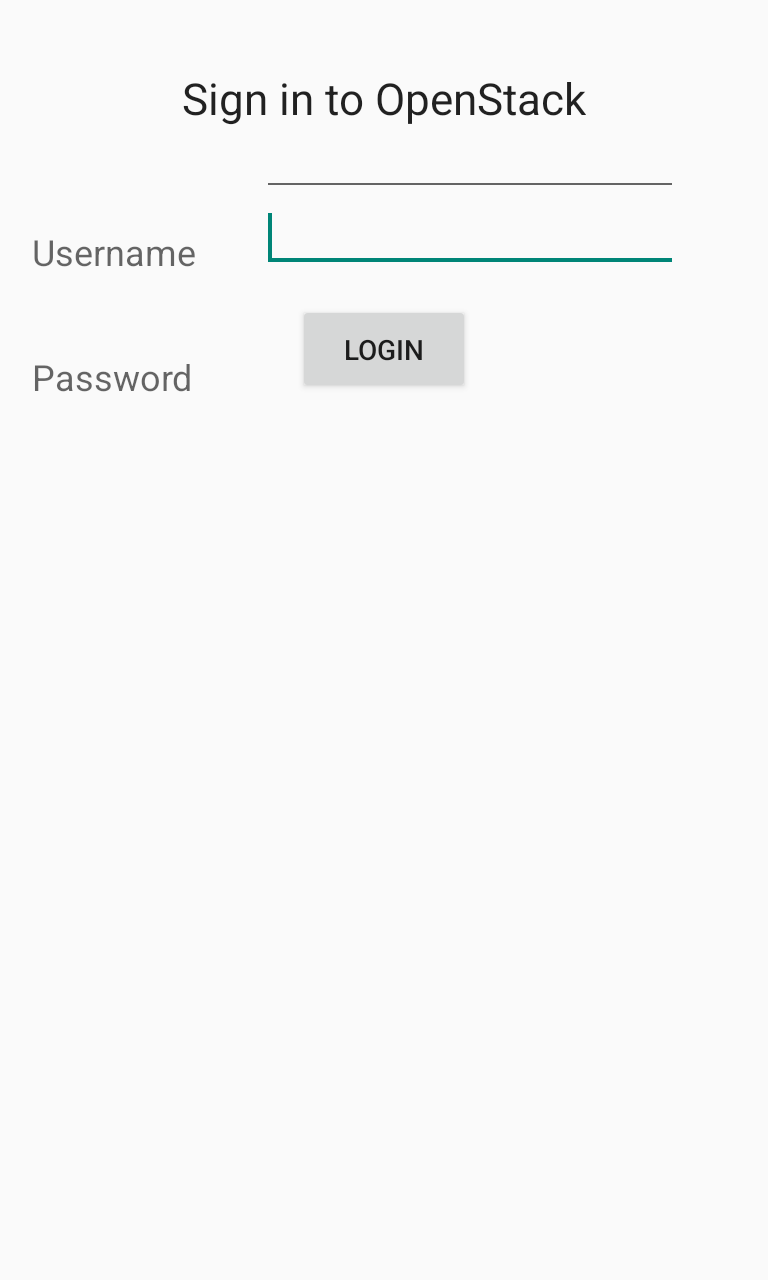
Repository: browndrf/cmpe283
Layout: myopenstack/res/layout/login_activity.xml
An editor plug-in stored every save of this project. The layout is shown before and after the next save, followed by the edit.
It is drawn on a 768 x 1280 px phone screen (xhdpi) without system bars, with theme AppTheme; the app's code is not run.

Above is the layout before, as saved 2014-09-13 16:32:07.

### myopenstack/res/layout/login_activity.xml
<RelativeLayout xmlns:android="http://schemas.android.com/apk/res/android"
   xmlns:tools="http://schemas.android.com/tools"
   android:layout_width="match_parent"
   android:layout_height="match_parent"
   android:paddingBottom="@dimen/activity_vertical_margin"
   android:paddingLeft="@dimen/activity_horizontal_margin"
   android:paddingRight="@dimen/activity_horizontal_margin"
   android:paddingTop="@dimen/activity_vertical_margin"
   tools:context=".Login" >

   <TextView
      android:id="@+id/textView1"
      android:layout_width="wrap_content"
      android:layout_height="wrap_content"
      android:layout_alignParentTop="true"
      android:layout_centerHorizontal="true"
      android:layout_marginTop="18dp"
      android:text="Sign in to OpenStack"
      android:textAppearance="?android:attr/textAppearanceLarge" />

   <TextView
      android:id="@+id/textView2"
      android:layout_width="wrap_content"
      android:layout_height="wrap_content"
      android:layout_alignParentLeft="true"
      android:layout_below="@+id/textView1"
      android:layout_marginTop="50dp"
      android:text="Username"
      android:textAppearance="?android:attr/textAppearanceMedium" />

   <EditText
      android:id="@+id/editText1"
      android:layout_width="wrap_content"
      android:layout_height="wrap_content"
      android:layout_alignBottom="@+id/textView2"
      android:layout_marginLeft="32dp"
      android:layout_toRightOf="@+id/textView2"
      android:ems="10" >

      <requestFocus />
   </EditText>

   <TextView
      android:id="@+id/textView3"
      android:layout_width="wrap_content"
      android:layout_height="wrap_content"
      android:layout_alignLeft="@+id/textView2"
      android:layout_below="@+id/textView2"
      android:layout_marginTop="38dp"
      android:text="Password"
      android:textAppearance="?android:attr/textAppearanceMedium" />

   <EditText
      android:id="@+id/editText2"
      android:layout_width="wrap_content"
      android:layout_height="wrap_content"
      android:layout_alignBottom="@+id/textView3"
      android:layout_alignLeft="@+id/editText1"
      android:ems="10"
      android:inputType="textPassword" />

   <Button
      android:id="@+id/button1"
      android:layout_width="wrap_content"
      android:layout_height="wrap_content"
      android:layout_below="@+id/editText2"
      android:layout_centerHorizontal="true"
      android:layout_marginTop="50dp"
      android:onClick="login"
      android:text="Login" />

      <TextView
      android:id="@+id/textView3"
      android:layout_width="wrap_content"
      android:layout_height="wrap_content"
      android:layout_alignLeft="@+id/textView2"
      android:layout_below="@+id/textViewErr"
      android:layout_marginTop="60dp"
      android:textAppearance="?android:attr/textAppearanceMedium" />

</RelativeLayout>

Loaded but not shown: myopenstack/res/values/styles.xml (common file); myopenstack/res/values-v11/styles.xml (common file); myopenstack/res/values-v14/styles.xml (common file); myopenstack/res/values/dimens.xml (common file); myopenstack/res/values-w820dp/dimens.xml (common file)

After the next save:
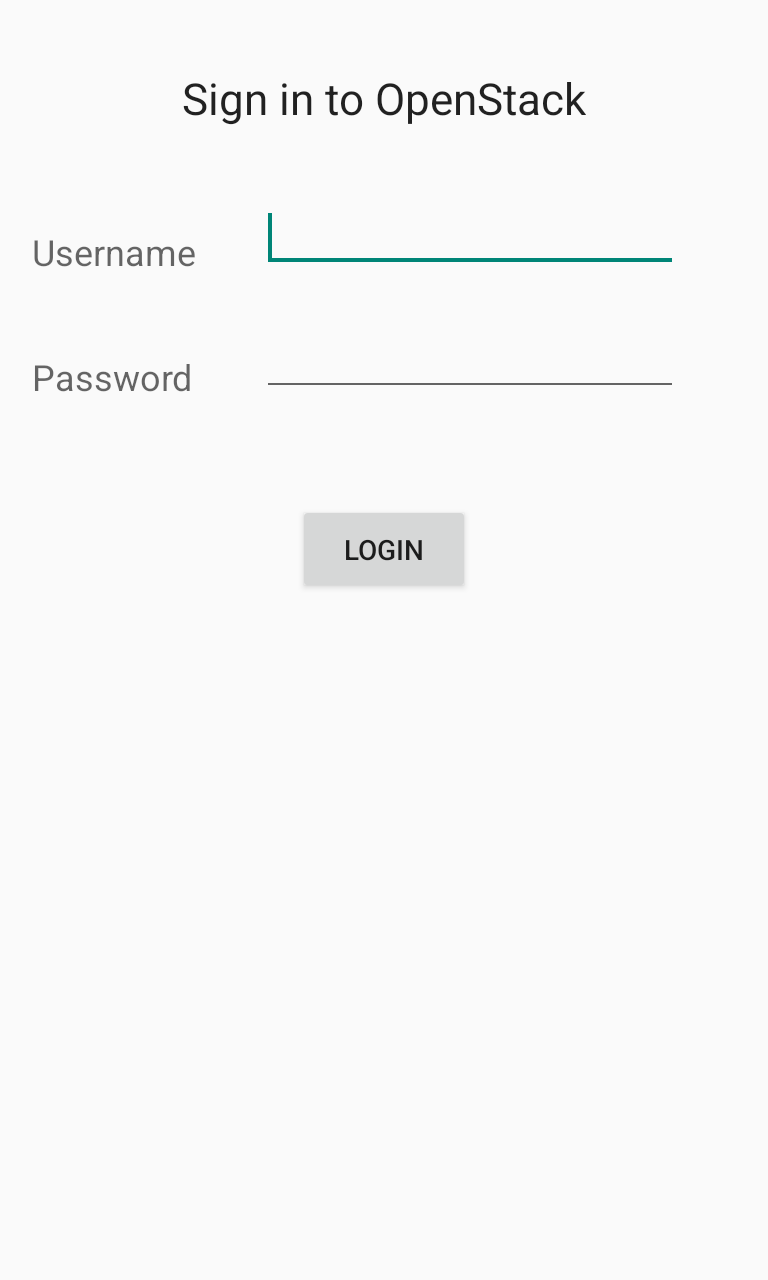
Saved 11 s later.
--- a/myopenstack/res/layout/login_activity.xml
+++ b/myopenstack/res/layout/login_activity.xml
@@ -70,7 +70,7 @@
       android:text="Login" />
 
       <TextView
-      android:id="@+id/textView3"
+      android:id="@+id/textViewErr"
       android:layout_width="wrap_content"
       android:layout_height="wrap_content"
       android:layout_alignLeft="@+id/textView2"
